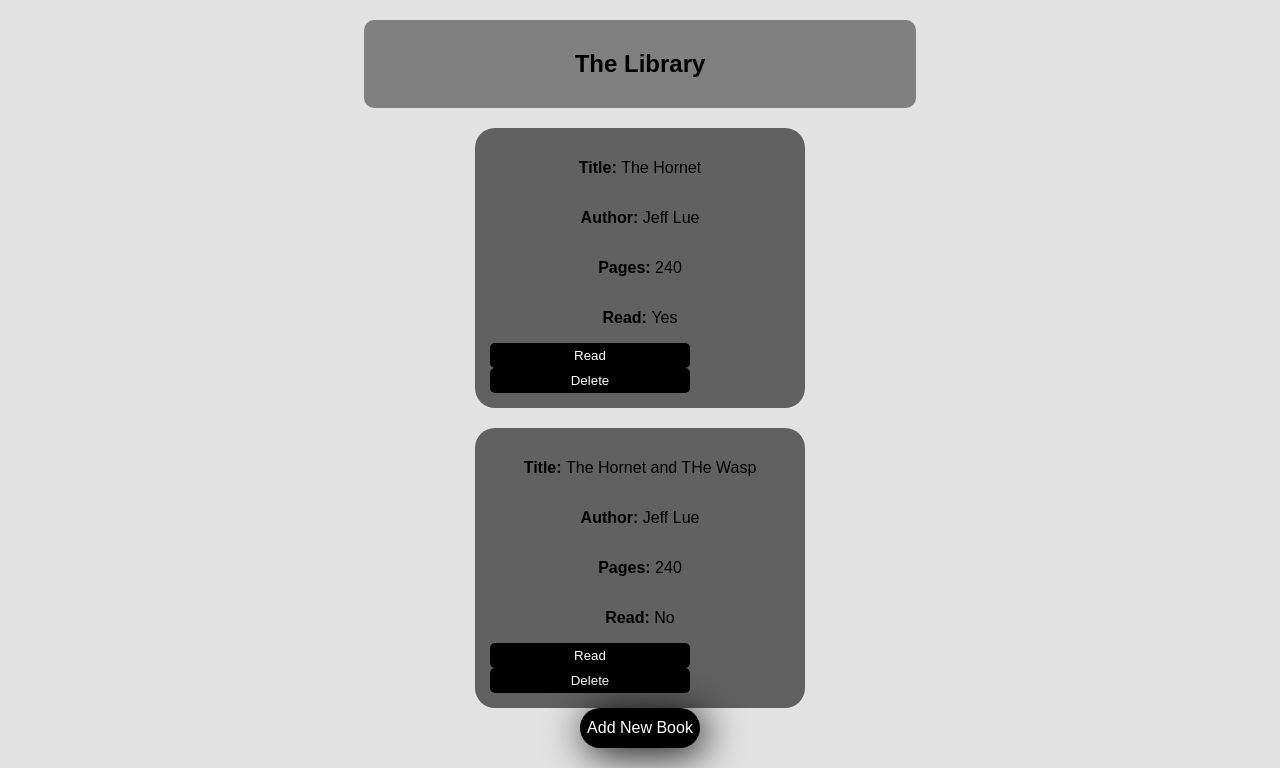
Repository: ErvinClay13/Library
Page: index.html
These files come from the project's save history. The page is drawn as it stood at one moment and after the next save; the edit follows.
The browser window is 1280 px wide. The pictures show the whole page.

Above is the page before, as saved 2025-01-11 05:07:32.

After the next save:
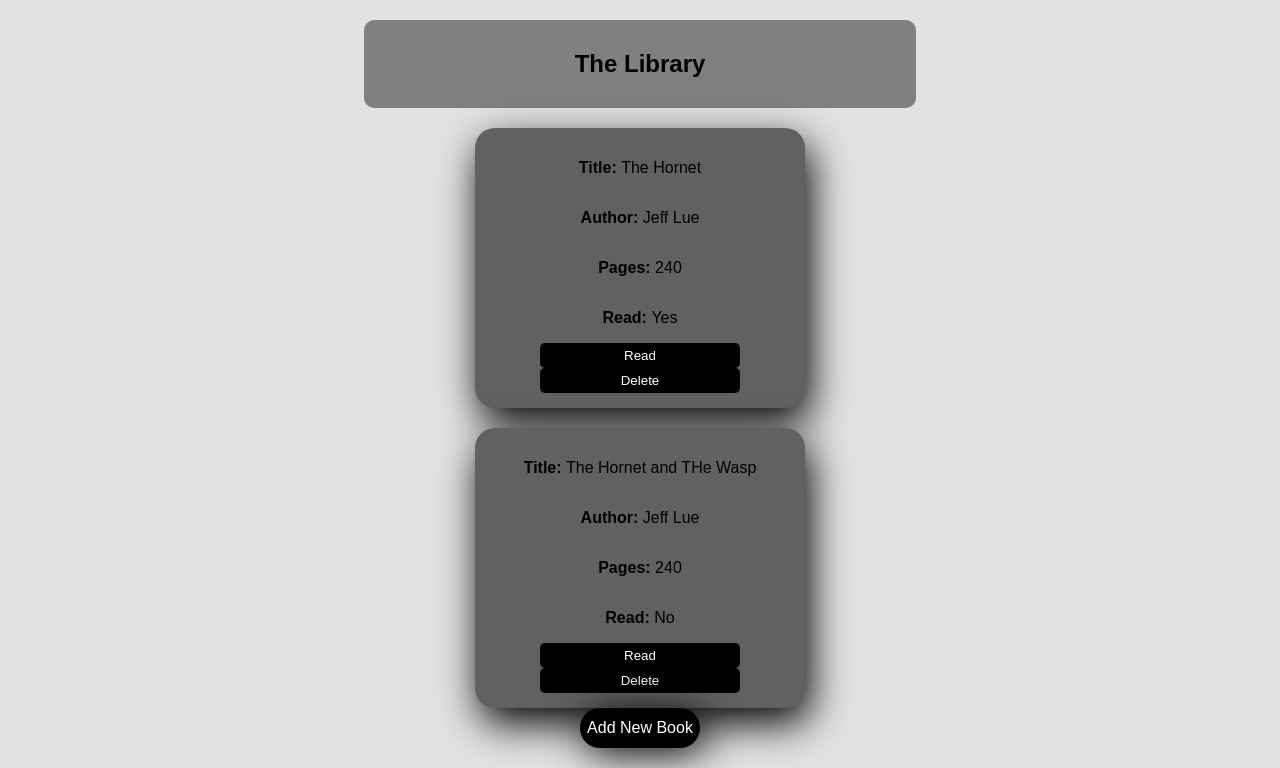
Saved 4 s later.
--- a/style.css
+++ b/style.css
@@ -68,7 +68,7 @@ body {
     width: 100%;
     max-width: 300px;
     /* box-shadow: 5px 15px 40px #0055d4f5; */
-    box-shadow: 5px 15px 40px black
+    box-shadow: 5px 15px 40px black;
     align-items: center;
 }
 
